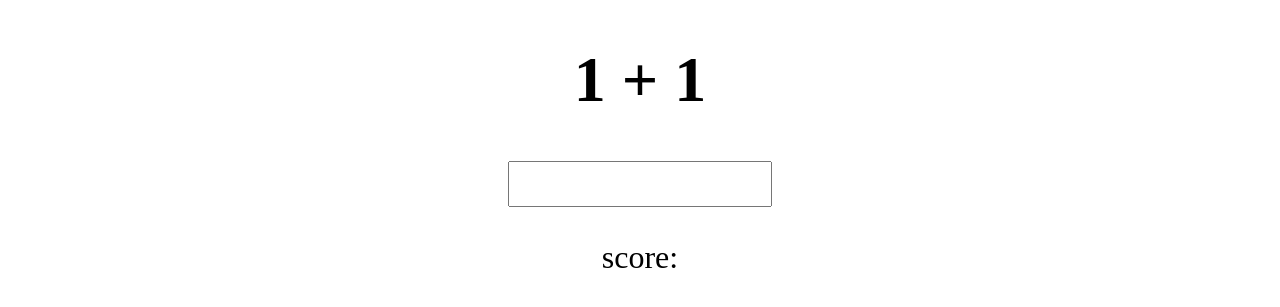
Repository: kegbaDev/React-calculation-game
Page: addition.html
An editor plug-in stored every save of this project. The page is shown before and after the next save, followed by the edit.
The browser window is 1280 px wide. The pictures show the whole page.
Some web libraries are served in a nearby version.

Above is the page before, as saved 2023-04-22 20:05:07.

After the next save:
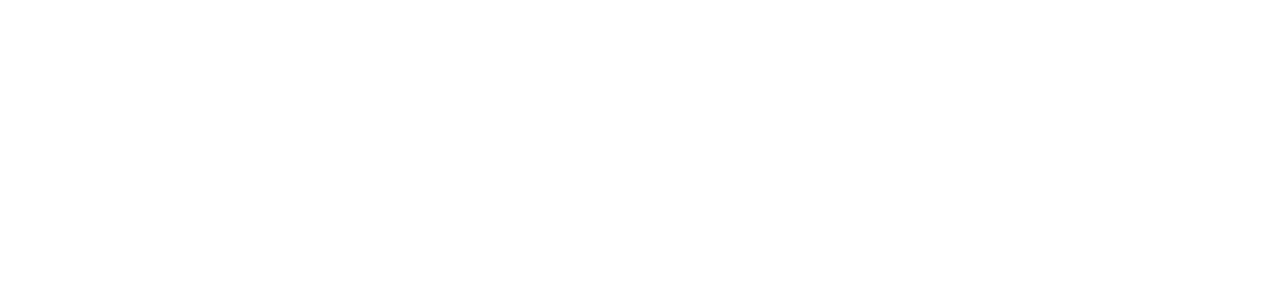
Console error (its wording comes from the project's code and is left out).
Saved 4 s later.
--- a/addition.html
+++ b/addition.html
@@ -47,7 +47,7 @@
                     <div>
                         <h1> { this.state.num1 } + { this.state.num2 } </h1>
                         <input onKeyPress = { this.inputKeyPress } onChange = { this.updateReponse } value = { this.state.response } class = 'input'/>
-                        <p>score: {}</p>
+                        <p>score: { this} </p>
                     </div>
                 );
             }

After the 4 saves that followed:
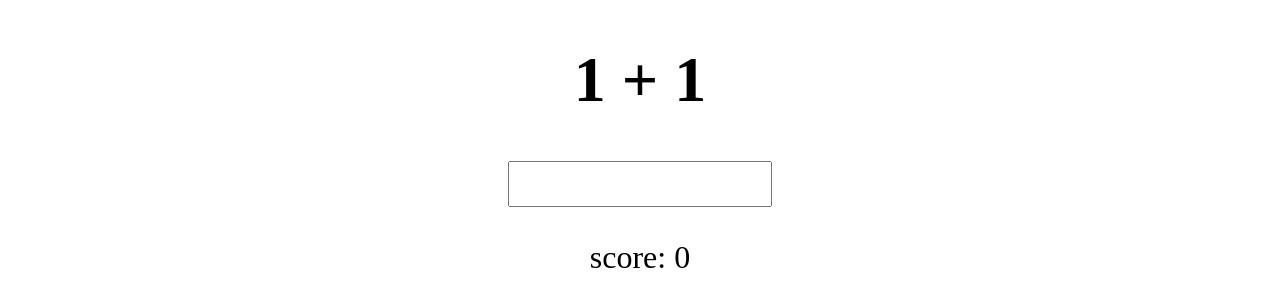
The error is gone.
The 4 saves are shown as one change because 1 left the picture as it was and some came seconds apart.
The last was saved 11 s later.
--- a/addition.html
+++ b/addition.html
@@ -47,7 +47,7 @@
                     <div>
                         <h1> { this.state.num1 } + { this.state.num2 } </h1>
                         <input onKeyPress = { this.inputKeyPress } onChange = { this.updateReponse } value = { this.state.response } class = 'input'/>
-                        <p>score: { this} </p>
+                        <p>score: { this.state.score} </p>
                     </div>
                 );
             }
